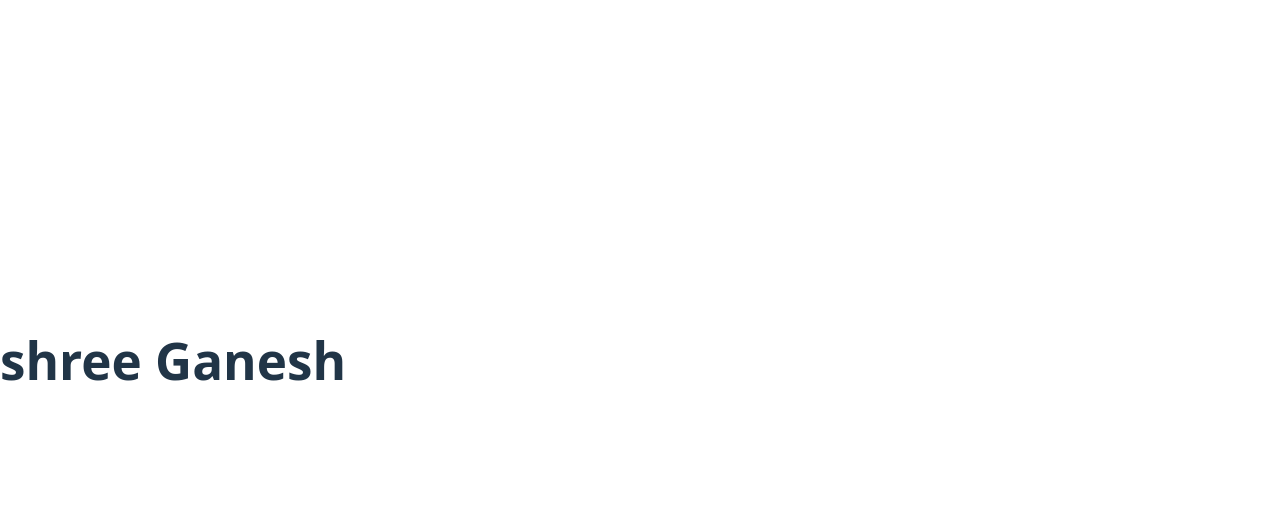
Repository: rushikesh-kolpe21/React_lectures
Page: / (app in React_bun/)
An editor plug-in stored every save of this project. The page is shown before and after the next save, followed by the edit.
The browser window is 1280 px wide. The pictures show the whole page.
The project was rebuilt for these pictures with package versions that can differ from the ones it lists, and the page was loaded fresh each time. Also part of the build but not shown: React_bun/vite.config.js.

Above is the page before, as saved 2025-11-26 09:48:16.

After the next save:
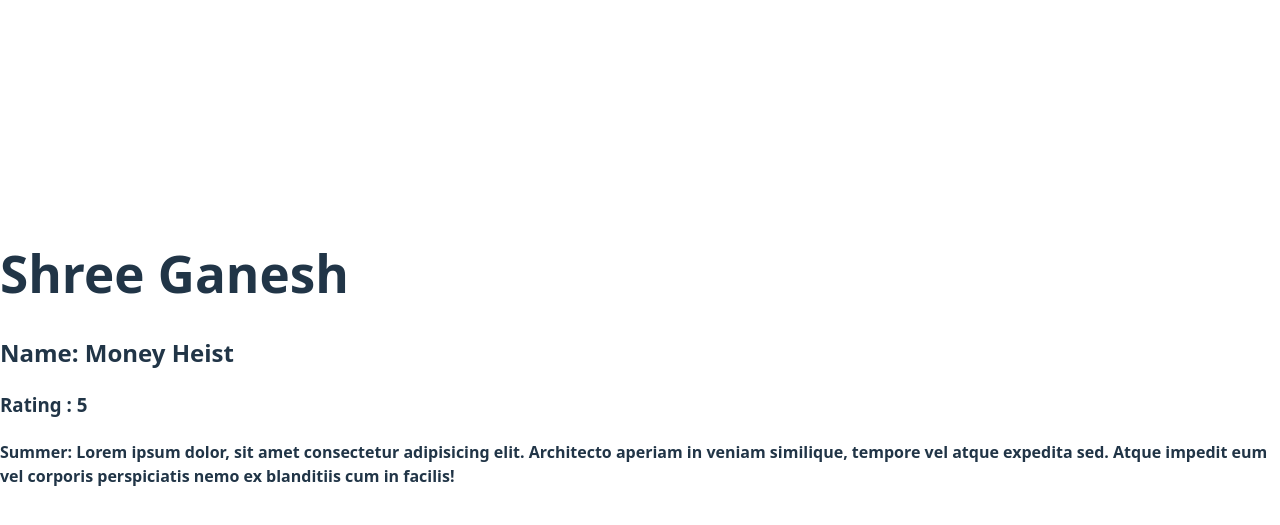
Saved 2 h 8 min later.
--- a/React_bun/src/App.jsx
+++ b/React_bun/src/App.jsx
@@ -1,3 +1,14 @@
  export const App =()=> {
-  return <h1>shree Ganesh</h1>
+  return(
+    <>
+     <h1>Shree Ganesh</h1>
+
+     <h2>Name: Money Heist</h2>
+     <h3>Rating : 5</h3>
+     <h4>Summer: Lorem ipsum dolor, sit amet consectetur
+      adipisicing elit. Architecto aperiam in veniam similique,
+       tempore vel atque expedita sed. Atque impedit eum vel corporis
+      perspiciatis nemo ex blanditiis cum in facilis!</h4>
+    </>
+  )
 }
